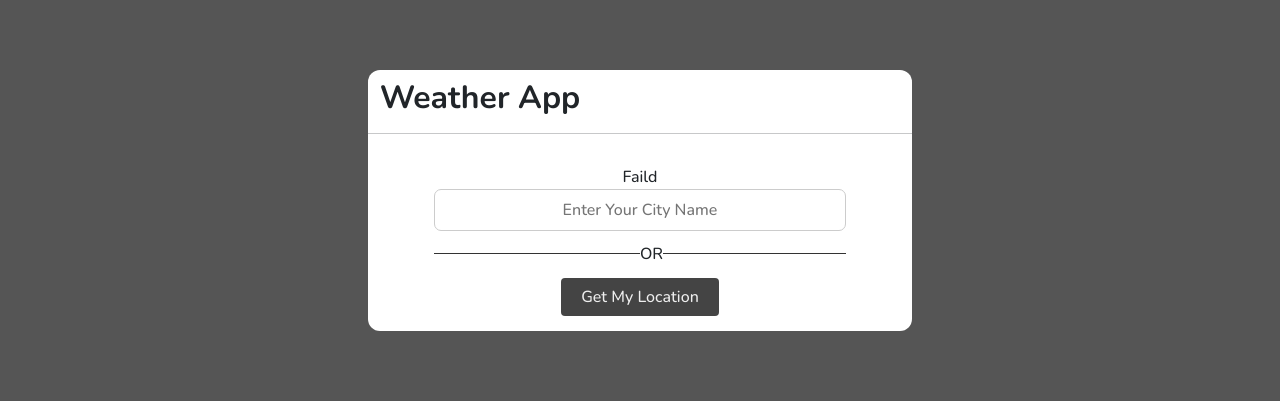
Repository: youssef168/Weather-App
Page: index.htm
An editor plug-in stored every save of this project. The page is shown before and after the next save, followed by the edit.
The browser window is 1280 px wide. The pictures show the whole page.

Above is the page before, as saved 2021-12-28 22:23:12.

### index.htm
<!DOCTYPE html>
<html lang="en">
<head>
    <meta charset="UTF-8">
    <meta http-equiv="X-UA-Compatible" content="IE=edge">
    <meta name="viewport" content="width=device-width, initial-scale=1.0">
    <link href="https://cdn.jsdelivr.net/npm/bootstrap@5.1.3/dist/css/bootstrap.min.css" rel="stylesheet" integrity="sha384-1BmE4kWBq78iYhFldvKuhfTAU6auU8tT94WrHftjDbrCEXSU1oBoqyl2QvZ6jIW3" crossorigin="anonymous">
    <link rel="preconnect" href="https://fonts.googleapis.com">
    <link rel="preconnect" href="https://fonts.gstatic.com" crossorigin>
    <link href="https://fonts.googleapis.com/css2?family=Nunito:ital,wght@0,300;0,500;0,600;0,700;0,900;1,200;1,300;1,400;1,500;1,700&family=Work+Sans:ital,wght@1,400;1,600&display=swap" rel="stylesheet">
    <link rel="stylesheet" href="./style.css">
    <link href='https://unpkg.com/boxicons@2.1.1/css/boxicons.min.css' rel='stylesheet'>

    <title>Document</title>
</head>
<body>
    <div class="container">
        <div class='row super'>
            <h2>Weather App</h2>
            <hr>
          <div id="Special" class='col '>
              <div class="wearher-img">
                  <img class="w-100" src="./Umbrella-rafiki.svg" alt="">
              </div>
              <div class="weather-details">
                  <span class="degree">18</span>
                  <span class="sign">°</span>
                  <span class="sign-2">
                    C
                  </span>
                  <h4>Broken Cold</h4>
              </div>
              <div class="location">
                <i class='bx bx-map-alt'></i>
                <span>Shubra,Cairo</span>
              </div>
              <div class="detail-box">
                  <div class="column fellLike">
                      <i class='bx bxs-thermometer'></i>
                      <div class="innerFeild "></
                        <span class="degree-2">18°C</span>

                        <div>Feels like</div>
                    </div>
                  </div>
                  <div class="column Humidity">
                    <i class='bx bxs-droplet'></i>
                    <div class="innerFeild">
                        <span class="degree-2">
                            63%</span>
                            <h6>Humidity</h6>
                    </div>
                  </div>
              </div>
            </div>
            <div class="col super-x active">
                <div class="wating d-none">
                    Wating
                </div>
                <div class="faild">
                    Faild
                </div>
                <div class="input">
                    <input class="input-super" type="text" placeholder="Enter Your City Name">
                </div>
                <div class="bot-button mt-4">
                    <button class="btn">Get My Location</button>
                </div>
            </div>
        </div>
    </div>


    <script src="./script.js"></script>
    <script src="https://cdn.jsdelivr.net/npm/bootstrap@5.1.3/dist/js/bootstrap.bundle.min.js" integrity="sha384-ka7Sk0Gln4gmtz2MlQnikT1wXgYsOg+OMhuP+IlRH9sENBO0LRn5q+8nbTov4+1p" crossorigin="anonymous"></script>
</body>
</html>

### style.css
/* Start Global Rules */
body {
    font-family: 'Nunito', sans-serif;
    background: #555

}



.super {
    margin: auto;
    margin-top: 70px;
    width: fit-content;
    background: #fff;
    border-radius: 12px;
    /* background-image: url('./blob.svg');
    background-repeat: no-repeat;
    background-size: covere; */
}

/* end Global Rules */

h2 {
    font-weight: bold !important;
    /* font-size: 3.6rem !important; */
    line-height: 55px ;
}

.container {
    padding: 0;
}

.wearher-img {
    width: 330px;
}

.col {
    padding: 15px;
    display: flex ;
    flex-direction: column;
    justify-content: center;
    align-items: center;
    display: none;
}

.col.active {
    display: flex;
}

/* .col.active .super-x {
    display: none;
} */



.weather-details {
    font-size: 60px;
    font-weight: bold;
}

.sign {
    margin-left: -5px;
}

.weatherStatus {
    font-weight: bolder;
    font-size: 1.8rem;
    text-align: center;
    margin: auto;
}

.location {
    font-size: 1.4rem;
    display: flex;
    align-items: center;
    background-color: #407BFF;
    padding: 5px 13px;
    color: #fff;
    border-radius: 8px;
    justify-content:center;
    margin-bottom: 15px;
}

.location .bx-map-alt {
    margin-right: 8px;
}

.detail-box {
    display: flex;
    border-top: 1px solid #ccc;
    width: 100%;
    justify-content: space-between;
}

.detail-box .column {
    width: 100%;
    display: flex;
    justify-content: center;
    padding: 16px 0 0;
}

.innerFeild {
    display: flex;
    flex-direction: column;
}

.column i {
    margin-top: 5px;
    font-size: 40px;
}

.super-x {
    padding: 15px;
    display: flex ;
    flex-direction: column;
    justify-content: center;
    align-items: center;
}


.input-super {
    padding: 8px 30px;
    text-align: center;
    outline: none;
    border: 1px solid #ccc;
    border-radius: 7px;
    width: 100%;
    margin-bottom: 22px;
}

.input {
    border-bottom: 1px solid #333;
    width: 80%;
    position: relative;
}

.input::after {
    content: "OR";
    position: absolute;
    bottom: -12.5px;
    left: 50%;
    background: #fff
}

.bot-button button {
    background: #444;
    color: #eee;
    padding: 6px 19px !important;
    transition: 0.5s;
}

.bot-button button:hover {
    background: transparent;
    border: 1px solid #444;
}

.super-x.active {
    display: flex;
}
.super-x {
    display: none;
}

.wating {
    background: #D1ECF1;
    color: green;
    width: 60%;
    text-align: center;
    margin-bottom: 17px;
    padding: 8px 19px;
    border-radius: 7px;
    border: 1px solid #BEE5EB;
}

### script.js
let mainCol = document.getElementById('Special'),
SecCol = document.querySelector('super-x')

After the next save:
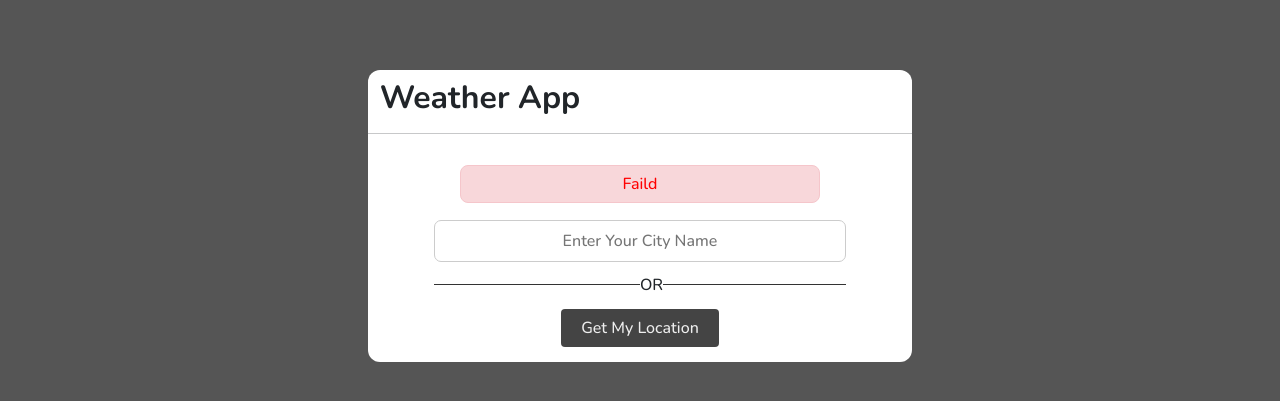
Saved 2 min 38 s later.
--- a/style.css
+++ b/style.css
@@ -171,3 +171,14 @@ h2 {
     border-radius: 7px;
     border: 1px solid #BEE5EB;
 }
+
+.faild {
+    background: #F8D7DA;
+    color: red;
+    margin-bottom: 17px;
+    width: 70%;
+    text-align: center;
+    padding: 6px 18px;
+    border-radius: 8px;
+    border: 1px solid #F5C6CB;
+}
